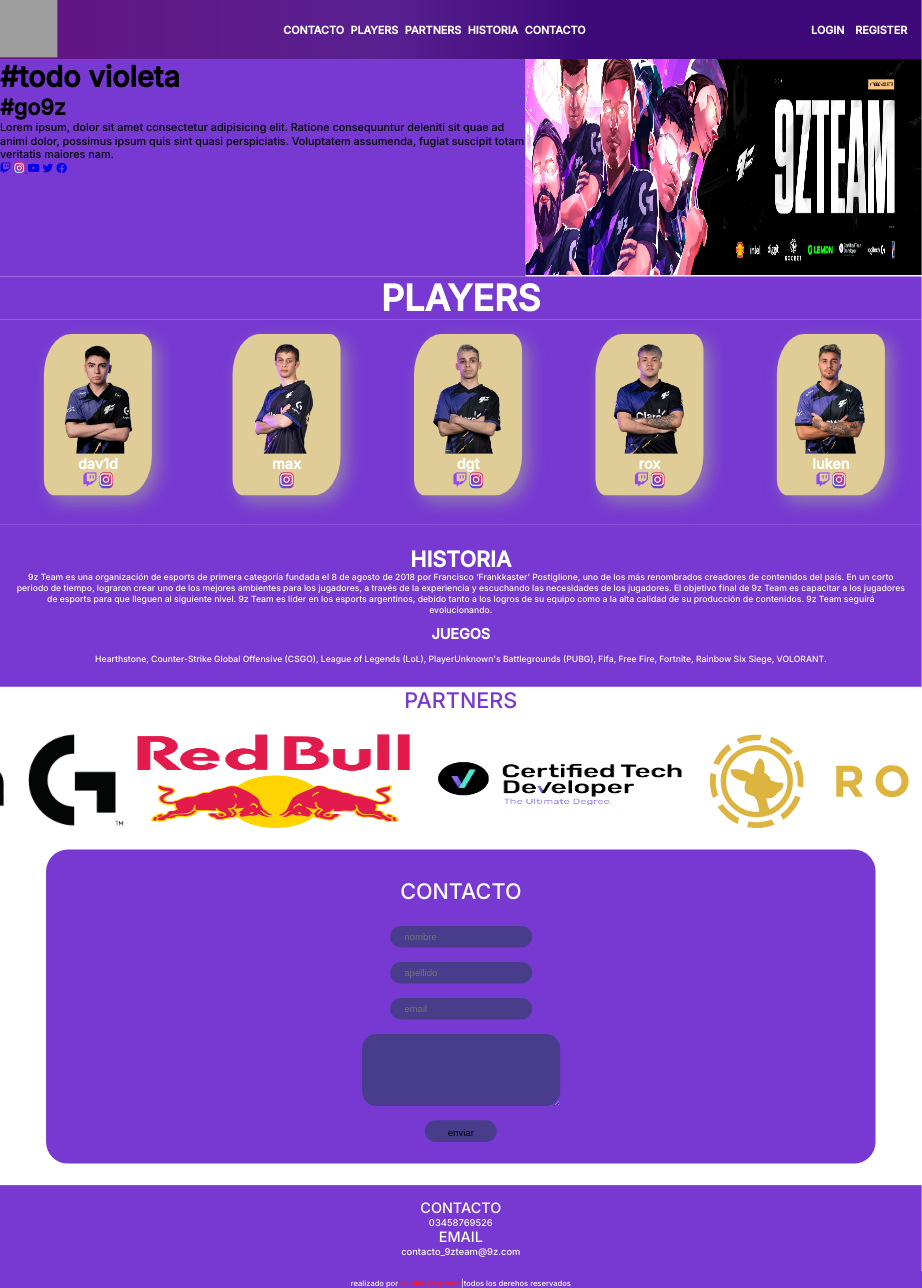
Repository: santig20/trabajo-practico-integrador-nuncba-html-css-
Page: index.html
These files come from the project's save history. The page is drawn as it stood at one moment and after a run of saves; the edit follows.
The browser window is 1280 px wide. The pictures show the whole page, at 72% of full size.
Pictures or frames that could not be fetched are drawn as grey boxes. Some web libraries are served in a nearby version.

Above is the page before, as saved 2022-06-25 10:08:42.

### index.html
<!DOCTYPE html>
<html lang="es">
  <head>
    <meta charset="UTF-8" />
    <meta http-equiv="X-UA-Compatible" content="IE=edge" />
    <meta name="viewport" content="width=device-width, initial-scale=1.0" />
    <link rel="stylesheet" href="./style.css" />
    <link rel="shortcut icon" href="./assets/9zteam_logo - copia.ico" type="image/x-icon">
    <link
    rel="stylesheet"
    href="./table.css"
    media="screen and (min-width: 600px)"
  />
  <link
    rel="stylesheet"
    href="./desktop.css"
    media="screen and (min-width: 800px)"
  />
    <link rel="stylesheet" href="path/to/font-awesome/css/font-awesome.min.css">
    <link rel="stylesheet" href="https://use.fontawesome.com/releases/v5.0.7/css/all.css">
    <link rel="stylesheet" href="https://cdnjs.cloudflare.com/ajax/libs/font-awesome/6.1.1/css/all.min.css" integrity="sha512-KfkfwYDsLkIlwQp6LFnl8zNdLGxu9YAA1QvwINks4PhcElQSvqcyVLLD9aMhXd13uQjoXtEKNosOWaZqXgel0g==" crossorigin="anonymous" referrerpolicy="no-referrer" class="__web-inspector-hide-shortcut__">
    <link rel="preconnect" href="https://fonts.googleapis.com">
<link rel="preconnect" href="https://fonts.gstatic.com" crossorigin>
<link href="https://fonts.googleapis.com/css2?family=Inter:wght@300;500&family=Work+Sans:wght@400;500;700&display=swap" rel="stylesheet">
    <title>9Z TEAM</title>
  </head>
  <body>
    <!--👉 Debe contener un navbar que navegue las diversas secciones de la web.
    👉 Debe contener una portada alusiva a la temática de nuestra app.
    👉 Una sección de imágenes.
    👉 Una sección de contacto.
    👉 Un footer.
    👉 Una página para loguearse.
    👉 Una página para registrarse.
    👉 Ser responsive.
    👉 Estar deployado en vercel.  -->

    <header>
      <div class="img_header">
        <img src="./assets/9zteam_logo.png" alt="" />
      </div>
      <nav>
        <div class="navmain" id="menu" >
          <ul>
            <li> <a href="">contacto</a></li>
            <li><a href=""> Players</a></li>
            <li><a href="">Partners</a></li>
            <li><a href="">historia</a></li>
            <li><a href="">contacto</a></li>
          </ul>
        </div>
           </nav>
        <div class="registro_container">
          <ul>
          <li><a href="./registro.html">login </a></li>
         <li><a href="./registro.html">register </a></li>
        </ul>
        </div>


    </header>

    <main>
      <section class="hero_section">
        <div class="texto_hero">
          <h1>#todo violeta</h1>
          <h2>#go9z</h2>
          <p>
            Lorem ipsum, dolor sit amet consectetur adipisicing elit. Ratione
            consequuntur deleniti sit quae ad animi dolor, possimus ipsum quis
            sint quasi perspiciatis. Voluptatem assumenda, fugiat suscipit totam
            veritatis maiores nam.
          </p>
          <div class="redes">
            <a href="https://www.twitch.tv/9zteam"><i class="fa-brands fa-twitch" target="_blank" ></i></a>
            <a href="https://www.instagram.com/9zteam/?hl=es-la"  target="_blank"><i class="fa-brands fa-instagram" id="instagram"></i> </a>
<a href="https://www.youtube.com/c/9zTeam"><i class="fa-brands fa-youtube"></i></a>
<a href="https://twitter.com/9zTeam"><i class="fa-brands fa-twitter"></i></a>
<a href="https://www.facebook.com/9zteam"> <i class="fa-brands fa-facebook"></i></a>
          </div>
        </div>
        <div class="img_hero">
          <img src="./assets/fondo9z.jpg" alt="" />
        </div>


      </section>
      <section class="players">
        <div class="texto_players">
             <span>
              players
             </span>
          </div>
        <div class="player_container">

 <div class="player_david">
  <img src="./assets/david.png" alt="">
  <p>dav1d</p>
  <a href="https://www.twitch.tv/dav1dcs1"><i class="fa-brands fa-twitch" target="_blank" ></i></a>
  <a href="https://www.instagram.com/dav1dcs1/"  target="_blank"><i class="fa-brands fa-instagram" id="instagram"></i> </a>
     </div>
 <div class="player_max">
<img src="./assets/max.png" alt="">
<p>
    max
</p>
<a href="https://www.instagram.com/maxgzez/"  target="_blank"><i class="fa-brands fa-instagram " id="instagram"></i> </a>

 </div>
 <div class="player_dgt">
<img src="./assets/dgt.png" alt="">
<p>
    dgt
</p>
<a href="https://www.twitch.tv/dgtcsgo"><i class="fa-brands fa-twitch" target="_blank" ></i></a>
<a href="https://www.instagram.com/franmanu_/"  target="_blank"><i class="fa-brands fa-instagram" id="instagram"></i> </a>

 </div>
 <div class="player_rox">
<img src="./assets/rox.png" alt="">
<p>
    rox
</p>
<a href="https://www.twitch.tv/roxcsgo1"><i class="fa-brands fa-twitch" target="_blank" ></i></a>
<a href="https://www.instagram.com/_molinamartin"  target="_blank"><i class="fa-brands fa-instagram " id="instagram"></i> </a>

 </div>
 <div class="player_luken">

<img src="./assets/luken.png" alt="">

 <p>luken</p>
<a href="https://www.twitch.tv/luken"><i class="fa-brands fa-twitch" target="_blank" ></i></a>
<a href="https://www.instagram.com/lucanadotti/"  target="_blank"><i class="fa-brands fa-instagram" id="instagram"></i> </a>

 </div>

        </div>

      </section>
      <section class="history">
        <div class="historia_content">
<h3>
    historia
</h3>
 <p>
    9z Team es una organización de esports de primera categoría fundada el 8 de agosto de 2018 por Francisco ‘Frankkaster’ Postiglione, uno de los más renombrados creadores de contenidos del país. En un corto periodo de tiempo, lograron crear uno de los mejores ambientes para los jugadores, a través de la experiencia y escuchando las necesidades de los jugadores. El objetivo final de 9z Team es capacitar a los jugadores de esports para que lleguen al siguiente nivel. 9z Team es líder en los esports argentinos, debido tanto a los logros de su equipo como a la alta calidad de su producción de contenidos. 9z Team seguirá evolucionando.
 </p>

               <h4>juegos </h4>
               <p>Hearthstone, Counter-Strike Global Offensive (CSGO), League of Legends (LoL), PlayerUnknown's Battlegrounds (PUBG), Fifa, Free Fire, Fortnite, Rainbow Six Siege, VOLORANT.</p>
</div>
      </section>
      <section class="partners">
       <p> partners</p>
<div class="fotos">
  <figure>
    <img src="./assets/images-removebg-preview.png" alt="">
    <img src="./assets/lemon.png" alt="">
    <img src="./assets/logitech-removebg-preview.png" alt="">
    <img src="./assets/red-bull-logo-2-1-removebg-preview.png" alt="">
    <img src="./assets/CTD-removebg-preview.png" alt="">
    <img src="./assets/roobet.svg" alt="">
    <img src="./assets/289-removebg-preview.png" alt="">
    <img src="./assets/Logo-Shell-removebg-preview.png" alt="">
    <img src="./assets/images-removebg-preview.png" alt="">
    </figure>
</div>
      </section>
      <section class="contacto">

    <p>
      contacto
    </p>
<form class="contacto_container"action="">
  <input type="text" placeholder="nombre">
  <input type="text" placeholder="apellido">
  <input type="text" placeholder="email">
  <textarea name="" id="" cols="30" rows="10"></textarea>
 <button type="submit"> enviar</button>
</form>


      </section>
    </main>

    <footer>
      <div class="footer_text">
     <span>
      contacto
     </span>
     <p>
      03458769526
     </p>
     <span>
      email
     </span>
     <p>
      contacto_9zteam@9z.com
     </p>
      </div>
     <p class="programador">
      realizado por  <a href="https://www.instagram.com/santigrenat/"> santiango grenat</a>|todos los derehos reservados
     </p>
    </footer>

  </body>
</html>

### style.css
* {
    padding: 0;
    margin: 0;
    box-sizing: border-box;
}
html {
    font-size: 62.5%;
    list-style: none;
    text-decoration: none;
    font-family: 'inter';

}

 /* inico header*/
header {
    display: flex;
    background: rgb(99,21,133);
    background: linear-gradient(90deg, rgba(99,21,133,1) 6%, rgba(88,32,144,1) 42%, rgba(61,9,121,1) 64%);
    height: 100%;
 justify-content: space-between;
align-items: center;
}
.img_header img{

    height: 8rem;
    width: 8rem;
}
.navmain{
 display: none;
}

.registro_container ul {
 display: flex;
font-size:2rem;
gap:1.5rem;
padding-right: 2rem;


}
.registro_container ul li{
    list-style: none;

}
.registro_container ul li a{
  text-decoration: none;
    text-transform: uppercase;
    color: white;
    font-weight: 600;

}
.registro_container ul li  :hover {
    background-color: #7739d2;
    padding:.4rem;
    border-radius: 1rem;
    cursor: pointer;
}

/*hero section*/

.texto_hero {
    display: none;
}
.img_hero img {
 width:100%;
}

/*player section */
.player_container{
    display: flex;
    flex-direction:column ;
    justify-content: center;
    align-items: center;
    text-align: center;
    background: #7739d2;
}
.texto_players{
    background-color: #7739d2;
    text-align: center;
}
.texto_players span {
     font-size: 5rem;
     font-weight: 700;
     text-transform: uppercase;
     color: white;
    padding: 2rem 0;


}
.player_container p {
    font-size: 2rem;
    font-weight: 700;
    color: white;
}

.player_container img{
    width: 15rem;
}

.player_david {
    background-color: #dfcc97;
    padding: 1rem 0;
    margin: 2rem 0;
    border-radius: 25% 10%;
    box-shadow: 9px 9px 24px 0px rgba(161,161,161,0.66);
-webkit-box-shadow: 9px 9px 24px 0px rgba(161,161,161,0.66);
-moz-box-shadow: 9px 9px 24px 0px rgba(161,161,161,0.66);
}

.player_david  :hover {
    transform: scale(1.1);
    text-transform: uppercase;
}
.player_david i {
    font-size: 2rem;
    color: #9147ff;
}

#instagram {
   color:white;
    background:linear-gradient(45deg, #405de6, #5851db, #833ab4, #c13584, #e1306c, #fd1d1d);
padding: .1rem;
border-radius: .6rem;
}

.player_max{
    background-color: #dfcc97;
    padding: 1rem 0;
    margin: 2rem 0;
    border-radius: 25% 10%;
    box-shadow: 9px 9px 24px 0px rgba(161,161,161,0.66);
-webkit-box-shadow: 9px 9px 24px 0px rgba(161,161,161,0.66);
-moz-box-shadow: 9px 9px 24px 0px rgba(161,161,161,0.66);
}
.player_max :hover {
    transform: scale(1.1);
    text-transform: uppercase;
}
.player_max i {
    font-size: 2rem;

}


.player_dgt{
    background-color: #dfcc97;
    padding: 1rem 0;
    margin: 2rem 0;
    border-radius: 25% 10%;
    box-shadow: 9px 9px 24px 0px rgba(161,161,161,0.66);
-webkit-box-shadow: 9px 9px 24px 0px rgba(161,161,161,0.66);
-moz-box-shadow: 9px 9px 24px 0px rgba(161,161,161,0.66);
}
.player_dgt :hover {
    transform: scale(1.1);
    text-transform: uppercase;
}
.player_dgt i {
    font-size: 2rem;
    color: #9147ff;
}

.player_rox{
    background-color: #dfcc97;
    padding: 1rem 0;
    margin: 2rem 0;
    border-radius: 25% 10%;
    box-shadow: 9px 9px 24px 0px rgba(161,161,161,0.66);
-webkit-box-shadow: 9px 9px 24px 0px rgba(161,161,161,0.66);
-moz-box-shadow: 9px 9px 24px 0px rgba(161,161,161,0.66);
}
.player_rox i {
    font-size: 2rem;
    color: #9147ff;
}

.player_rox  :hover {
    transform: scale(1.1);
    text-transform: uppercase;
}




.player_luken{
    background-color: #dfcc97;
    padding: 1rem 0;
    margin: 2rem 0;
    border-radius: 25% 10%;
    box-shadow: 9px 9px 24px 0px rgba(161,161,161,0.66);
-webkit-box-shadow: 9px 9px 24px 0px rgba(161,161,161,0.66);
-moz-box-shadow: 9px 9px 24px 0px rgba(161,161,161,0.66);
}
.player_luken  :hover {
    transform: scale(1.1);
    text-transform: uppercase;
}
.player_luken i {
    font-size: 2rem;
    color: #9147ff;
}

/* section historia   */

.historia_content {
    display: flex ;
    flex-direction: column;
    justify-content: center;
    align-items: center;
    text-align: center;
    padding: 3rem  2rem;
    background-color:#7739d2 ;
}
.historia_content h3 {
    font-size: 3rem;
  font-weight: 700;
  color: white;
  text-transform: uppercase;
}
.historia_content h4 {
    font-size: 2rem;
  font-weight: 700;
  color: white;
  text-transform: uppercase;
  padding: 1.5rem 0;
}
.historia_content p{
font-size: 1.2rem;
color: white;

}



/* partners section */
.partners p {
text-align: center;
font-size: 3rem;
text-transform: uppercase;

color: #7739d2;
border-top: 0.1rem solid;
}
.fotos{
    overflow: hidden;
    margin:2rem 0;
}
.fotos figure {
    display: flex;
    position:relative ;
    left: 0;
    animation: 20s fotos infinite alternate  ;
    width:300%;
  height: 15rem;


}

.fotos figure img {
    width: 14.3%;
  padding:1rem 0 ;

  margin: 0 1rem;
}

@keyframes fotos {
    0%{
        left: -25;
    }

    5%{
        left: -25;
    }

   14.3%{
        left: -50;
    }
    21.5% {
        left: -50%;
    }

   28.6%{
       left: -100%;
    }

    35.75%{
        left: -100%;
    }

    42.9%{
        left:-150%;
    }

   50.05% {
        left : -150%;
    }

   57.2% {
        left: -200%;
    }
  64.35% {
        left: -200%;
    }
  71.5% {
        left: -250%;
    }

    78.65% {
        left: -250%;
    }

   85.8% {
        left: -300%;
    }

   92.9% {
        left: -300%;
    }
    100% {
        left: -300%;
    }

}
/*section contacto*/
.contacto {
    background-color: #7739d2;
    padding: 2rem 0;
    border-radius: 3rem;
    width: 90%;
    margin: 0 auto;
}


.contacto  p {
    font-size: 3rem;
   text-align: center;
 text-transform: uppercase;
 margin: 2rem 0;
 color :white;
}
.contacto_container  {
     display: flex;
     flex-direction: column;
     justify-content: center;
     align-content: center;
     align-items: center;

}
.contacto_container input {
    height: 3rem;
    border-style: none;
    margin:1rem 0;
    border-radius: 2rem;
    padding-left: 2rem;
    background-color: darkslateblue;

}
.contacto_container textarea {
    height:10rem;
    border-style: none;
    margin:1rem 0;
    border-radius: 2rem;
    padding: 1rem;
    background-color: darkslateblue;
}
.contacto_container button {
      width: 10rem;
      height: 3rem;
      border-style: none;
    margin:1rem 0;
    border-radius: 2rem;
    padding: 1rem;
    background-color: darkslateblue;
}
.contacto_container button :hover {
    background-color: rgb(61, 40, 193);
}
/*section  footer*/
footer {
padding-top: 2rem;
    text-align: center;
    margin-top: 3rem;
    width: 100%;
 background-color: #7739d2;
}

.footer_text p {
color :white;
font-size: 1.3rem;
}
.footer_text span {
    color :white;
    font-size: 2rem;
    text-transform: uppercase;
    }

    .programador{
        color:white;
        padding-top: 3rem;
        font-size: 1.05rem;
    }
    .programador a {
        color: #fd1d1d;
        text-decoration: none;
    }

### table.css

header {
  justify-content: space-between;
}



.navmain {

    display: flex;
}
.navmain ul {

    display: flex;
    font-size:1.3rem;
gap:.9rem;
}
.navmain ul li {
list-style: none;
}
.navmain ul li a{
    text-decoration: none;
    text-transform: uppercase;
    color: white;
    font-weight: 600;

}
.navmain ul li   :hover {
    background-color: #7739d2;
    padding:.4rem;
    border-radius: 1rem;
    cursor: pointer;
}

.registro_container ul {

   font-size:1.3rem;

   }

   .player_container {

   flex-direction: row;
   justify-content: space-around;
  flex-wrap: wrap;
padding-bottom: 2rem;
   }
   .player_david {
    margin: 0 1rem;
   }


   .fotos figure img {
    width: 25%;

}

@keyframes fotos {
    0%{
        left: -25;
    }

    5%{
        left: -25;
    }

   14.3%{
        left: -50;
    }
    21.5% {
        left: -50%;
    }

   28.6%{
       left: -100%;
    }

    35.75%{
        left: -100%;
    }

    42.9%{
        left:-150%;
    }

   50.05% {
        left : -150%;
    }

   57.2% {
        left: -200%;
    }
  64.35% {
        left: -200%;
    }
  71.5% {
        left: -250%;
    }

    78.65% {
        left: -250%;
    }

   85.8% {
        left: -300%;
    }

   92.9% {
        left: -300%;
    }
    100% {
        left: -300%;
    }
}

### desktop.css
.registro_container ul {

    font-size:1.5rem;

    }

    .navmain ul {

        display: flex;
        font-size:1.5rem;
    gap:.9rem;
    }

    .hero_section {
        display: flex;
    }

    .texto_hero {
        display: flex;
        flex-direction: column;
        padding:  ;
        background-color:#7739d2 ;

    }
    .texto_hero h1{
        font-size: 4rem
    }

    .texto_hero h2 {
        font-size: 3rem
    }
    .texto_hero {
        font-size: 1.5rem;
    }

    .img_hero img{
      height: 30rem;
    }

After the next 2 saves:
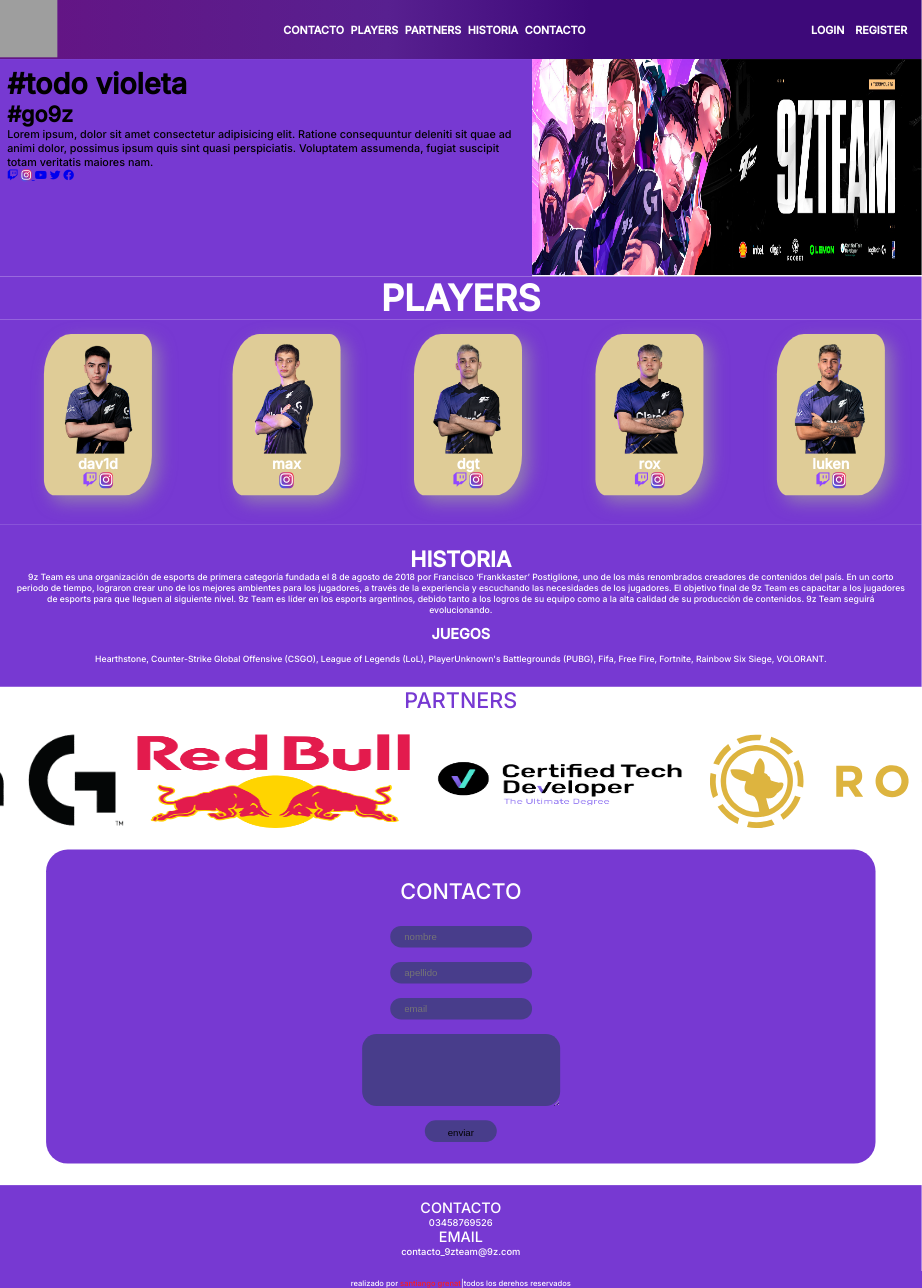
The 2 saves are shown as one change because they came seconds apart.
The last was saved 14 s later.
--- a/desktop.css
+++ b/desktop.css
@@ -18,7 +18,7 @@
     .texto_hero {
         display: flex;
         flex-direction: column;
-        padding:  ;
+        padding:1rem   ;
         background-color:#7739d2 ;
 
     }
